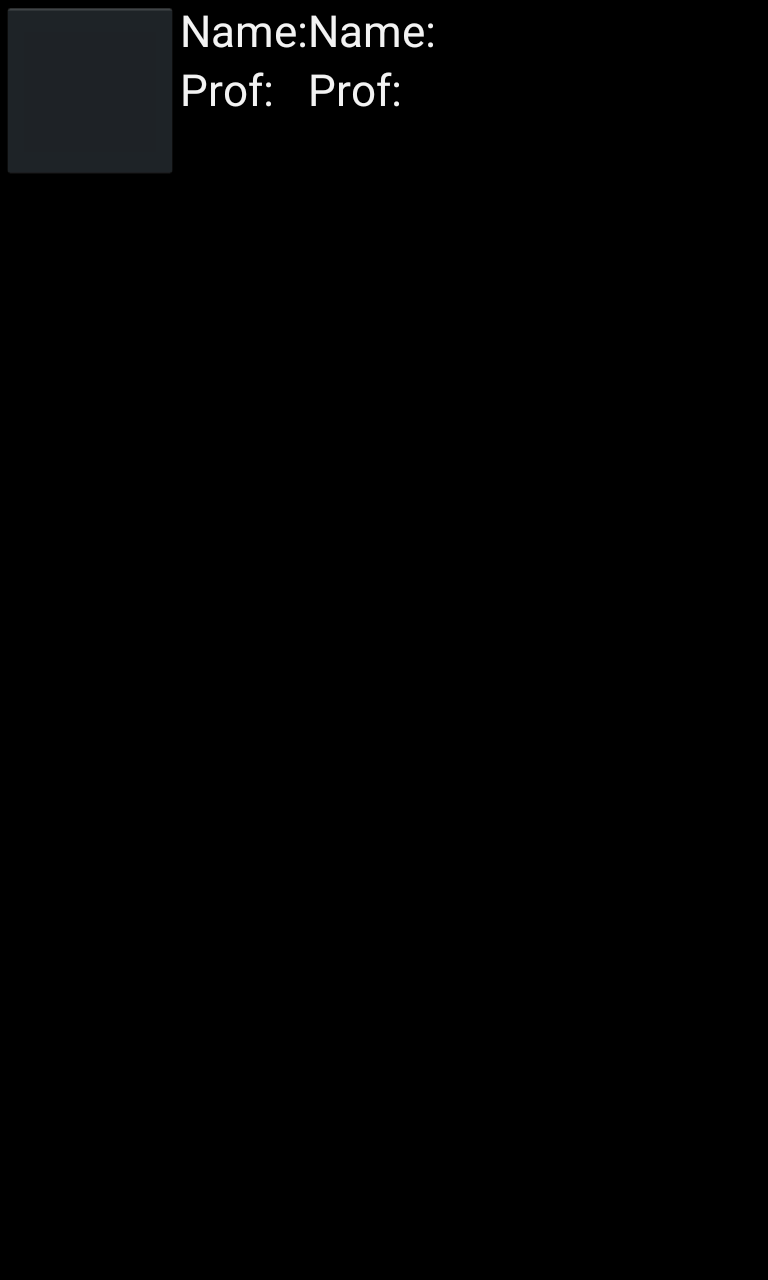
Repository: prayasjain/BunkMonitorApp
Layout: BunkMonitor/res/layout/subject_input.xml
These files come from the project's save history. The layout is drawn as it stood at one moment and after the next save; the edit follows.
It is drawn on a 768 x 1280 px phone screen (xhdpi) without system bars, with theme android:Theme.Holo; the app's code is not run.

Above is the layout before, as saved 2015-08-05 10:49:44.

After the next save:
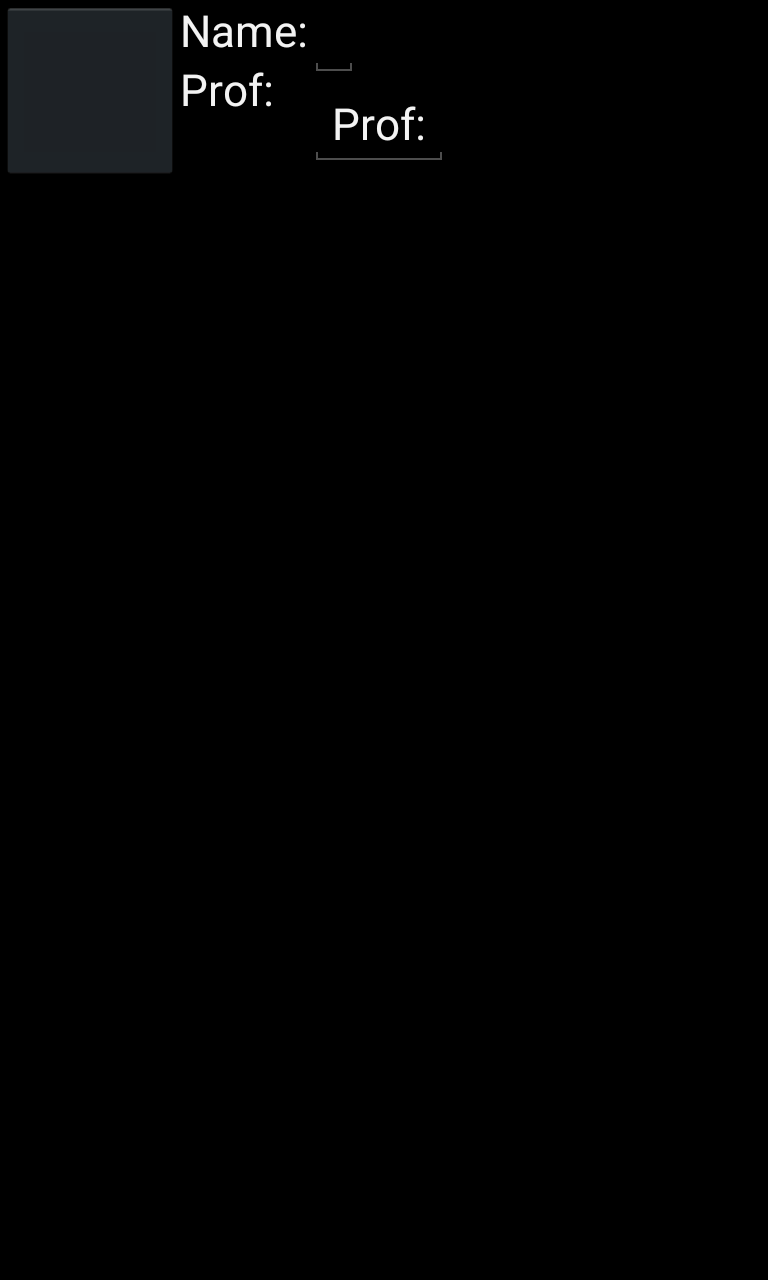
Saved 44 s later.
--- a/BunkMonitor/res/layout/subject_input.xml
+++ b/BunkMonitor/res/layout/subject_input.xml
@@ -40,15 +40,14 @@
             android:layout_width="wrap_content"
             android:orientation="vertical">
 
-            <TextView
+            <EditText
                 android:id="@+id/etName"
                 android:layout_width="wrap_content"
                 android:layout_height="wrap_content"
-                android:text="Name:"
-                android:textAppearance="?android:attr/textAppearanceLarge" />
+                 />
 
 
-            <TextView
+            <EditText
                 android:id="@+id/etProf"
                 android:layout_width="wrap_content"
                 android:layout_height="wrap_content"
